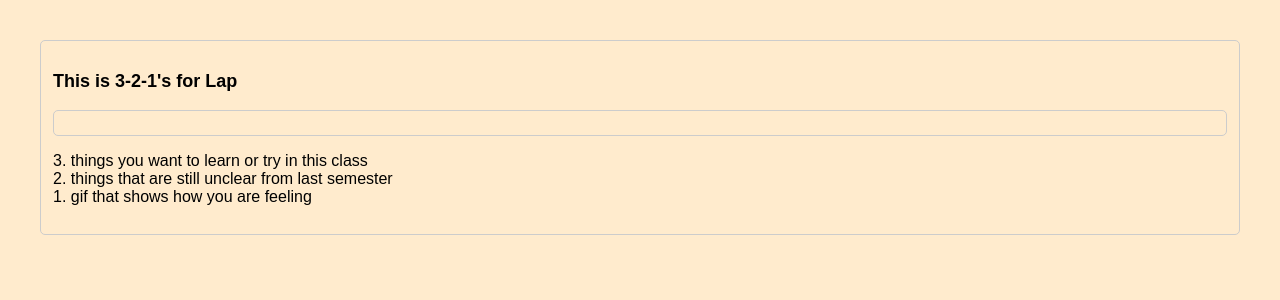
Repository: HyunJunggggg/MDIA2109
Page: index.html
The author's editor kept a copy of each file at every save. The page is drawn from the files as they stood at one save, then again after a run of saves.
The browser window is 1280 px wide. The pictures show the whole page.

Above is the page before, as saved 2025-01-23 15:34:46.

### index.html
<!DOCTYPE html>
<html lang="en">
    <head>
        <!-- Meta -->
        <meta charset="UTF-8" />
        <meta name="viewport" content="width=device-width, initial-scale=1.0" />
        <link rel="stylesheet" href="style.css" />
        <title>HyunJung's Blog 😉</title>
    </head>

    <!-- body -->
    <body>
        <section>
            <div class="container" id="rats-ass">
                <p>This is 3-2-1's for Lap</p>
                <div class="container">

                </div>
                <ul>
                    <li>3. things you want to learn or try in this class</li>
                    <li>2. things that are still unclear from last semester</li>
                    <li>1. gif that shows how you are feeling</li>
                </ul>
            </div>
        </section>
    </body>
</html>

### style.css
/* Reset */
body {
    background-color: blanchedalmond;
}

ul,
ol,
dl {
    list-style-type: none;
    padding: 0;
}

/* Basic */
html {
    font-family: Arial, Helvetica, sans-serif;
}

body {
    padding: 2em;
}
a {
    text-decoration: none;
}

p {
    font-weight: bold;
    font-size: 18px;
}
/* Component style */
.container {
    margin-bottom: 1em;
    border: 1px solid #cccccc !important;
    border-radius: 5px;
    padding: 0.75em;
}

#rats-ass {
    border-color: red;
}
/* Utility style */

After the next 4 saves:
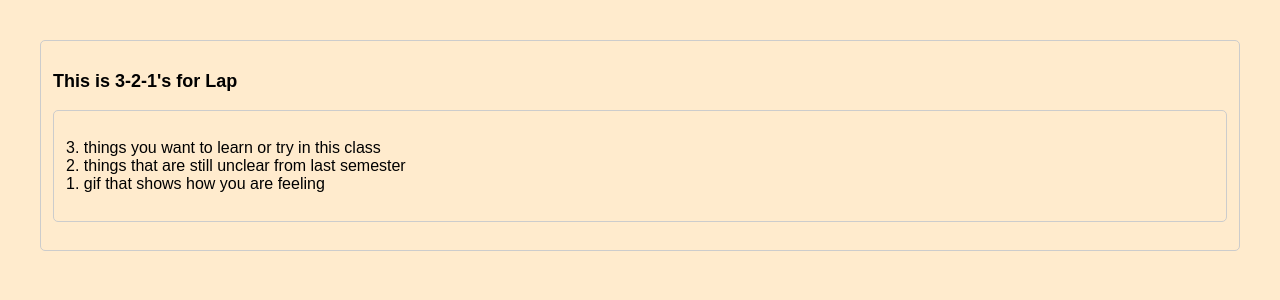
The 4 saves are shown as one change because they came seconds apart.
The last was saved 32 s later.
--- a/index.html
+++ b/index.html
@@ -14,13 +14,13 @@
             <div class="container" id="rats-ass">
                 <p>This is 3-2-1's for Lap</p>
                 <div class="container">
+                    <ul>
+                        <li>3. things you want to learn or try in this class</li>
+                        <li>2. things that are still unclear from last semester</li>
+                        <li>1. gif that shows how you are feeling</li>
+                    </ul>
+                </div>
 
-                </div>
-                <ul>
-                    <li>3. things you want to learn or try in this class</li>
-                    <li>2. things that are still unclear from last semester</li>
-                    <li>1. gif that shows how you are feeling</li>
-                </ul>
             </div>
         </section>
     </body>
